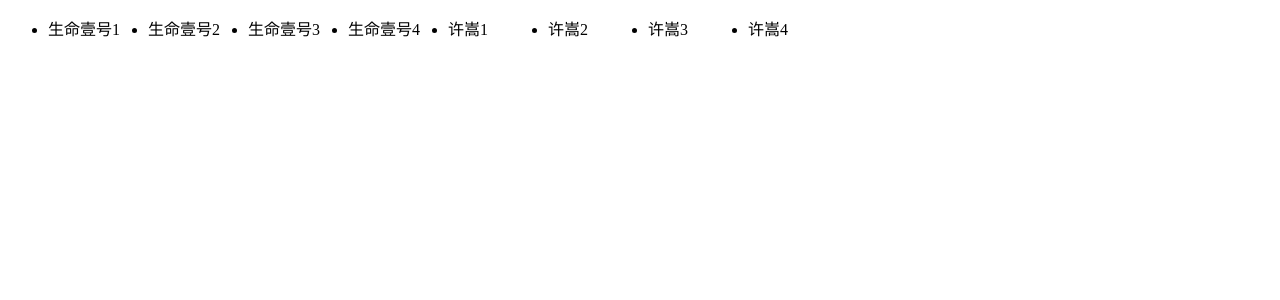
Repository: KaibutsuSama/CodePracticeExample
Page: Html5+Css3/Css3/04.浮动/06.overflowhidden.html
These files come from the project's save history. The page is drawn as it stood at one moment and after the next save; the edit follows.
The browser window is 1280 px wide. The pictures show the whole page.

Above is the page before, as saved 2023-01-30 22:59:54.

After the next save:
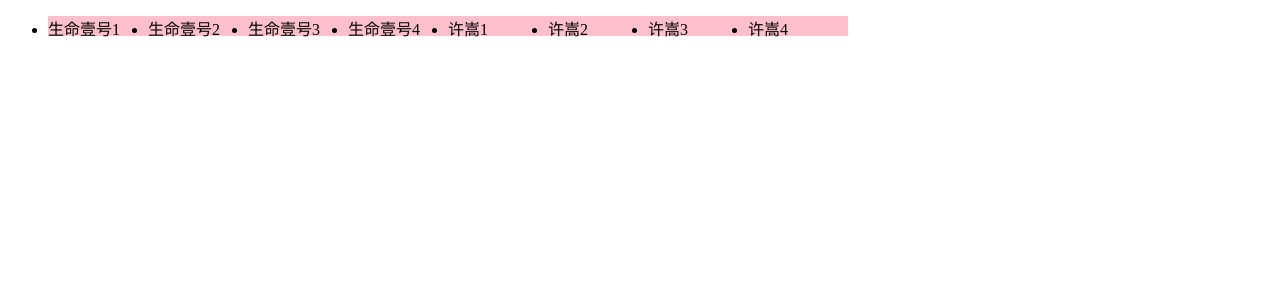
Saved 5 s later.
--- a/Html5+Css3/Css3/04.浮动/06.overflowhidden.html
+++ b/Html5+Css3/Css3/04.浮动/06.overflowhidden.html
@@ -12,7 +12,8 @@
         li{
             float: left;
             width: 100px;
-
+            height: 20px;
+            background-color: pink;
         }
     </style>
 </head>
